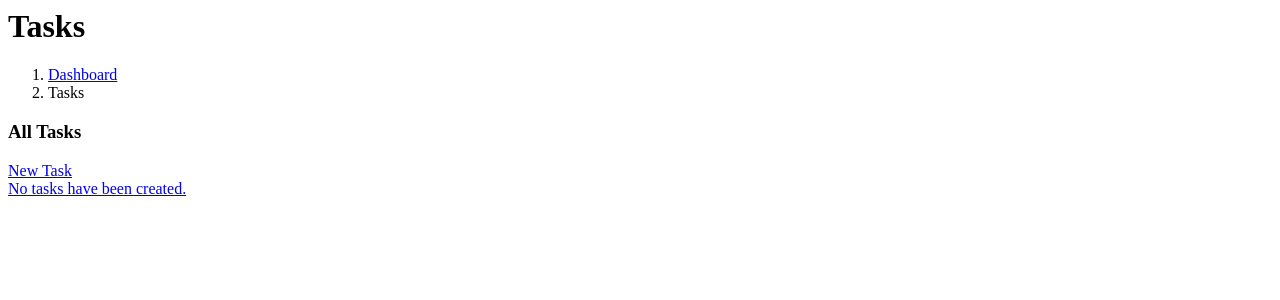
Repository: lcherone/cloud-developer
Page: http://localhost/app/module/cms/view/admin/task/index.php
The author's editor kept a record of every edit. The page is drawn from the files as they stood at one moment, then again after the next edit.
The browser window is 1280 px wide. The pictures show the whole page.
The page is run by PHP 8.4 with error messages shown; the project is at /var/www/html/.

Above is the page before.

After the next edit:
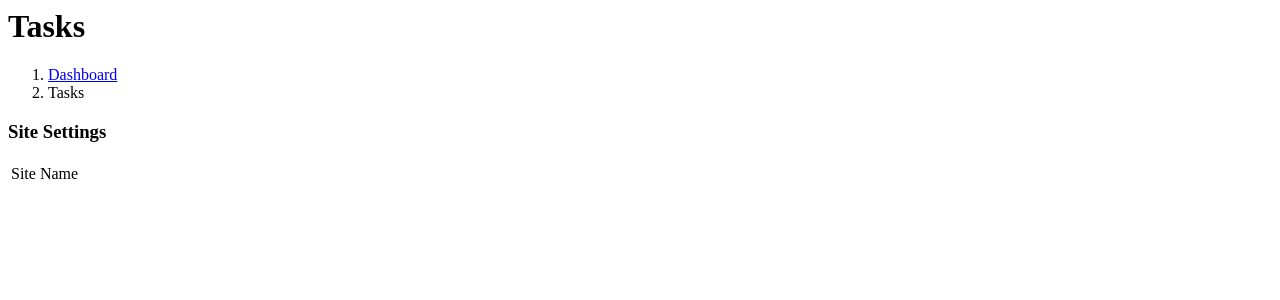
The edit:
--- a/app/module/cms/view/admin/task/index.php
+++ b/app/module/cms/view/admin/task/index.php
@@ -22,6 +22,67 @@
         <?= $form['errors']['success'] ?>
     </div>
 <?php endif ?>
+
+<form class="form-horizontal" method="post">
+    <input type="hidden" name="csrf" value="<?= $csrf ?>">
+    <div class="row">
+        <div class="col-lg-12">
+            <div class="panel panel-default">
+                <div class="panel-heading">
+                    <h3 class="panel-title"><i class="fa fa-columns fa-fw"></i> Site Settings</h3>
+                </div>
+                <div class="panel-body nopadding">
+                    <table class="table table-condensed form-table">
+                        <tbody>
+                            <tr class="form-group<?= (!empty($form['errors']['sitename']) ? ' has-error has-feedback' : '') ?>">
+                                <td class="text-right col-md-2"><label for="input-title" class="control-label">Site Name</label></td>
+                                <td>
+                                    <div class="input-group col-xs-10">
+                                        <input type="text" class="form-control" id="input-sitename" name="sitename" value="<?= (!empty($helper['extractValue']('sitename')) ? htmlentities($helper['extractValue']('sitename')) : '') ?>" placeholder="title...">
+                                    </div>
+                                    <?php if (!empty($form['errors']['sitename'])): ?><span class="glyphicon glyphicon-warning-sign form-control-feedback"></span><?php endif ?>
+                                    <?php if (!empty($form['errors']['sitename'])): ?><span class="help-block"><?= $form['errors']['sitename'] ?></span><?php endif ?>
+                                </td>
+                            </tr>
+                            <tr class="form-group<?= (!empty($form['errors']['autogenerate']) ? ' has-error has-feedback' : '') ?>">
+                                <td class="text-right col-md-2"><label for="input-autogenerate" class="control-label">Auto-Generate Pages</label></td>
+                                <td>
+                                    <div class="input-group col-xs-10">
+                                        <select class="form-control" id="input-autogenerate" name="autogenerate">
+                                            <?php $current = $helper['extractValue']('autogenerate'); ?>
+                                            <option value="1"<?= ($current  == '1' ? ' selected' : '') ?>>Yes</option>
+                                            <option value="0"<?= ($current  == '0' ? ' selected' : '') ?>>No</option>
+                                        </select>
+                                        <?php if (!empty($form['errors']['autogenerate'])): ?><span class="glyphicon glyphicon-warning-sign form-control-feedback"></span><?php endif ?>
+                                        <?php if (!empty($form['errors']['autogenerate'])): ?>
+                                            <span class="help-block"><?= $form['errors']['autogenerate'] ?></span>
+                                        <?php else: ?>
+                                            <?php if ($current  == '1'): ?>
+                                            <span class="help-block">Visit any url to automatically generate your pages.</span>
+                                            <?php else: ?>
+                                            <span class="help-block">Pages are not generated, instead users will be shown a 404.</span>
+                                            <?php endif ?>
+                                        <?php endif ?>
+                                    </div>
+                                </td>
+                            </tr>
+                        </tbody>
+                        <tfoot>
+                            <tr class="form-group">
+                                <td class="text-right"></td>
+                                <td>
+                                    <div class="input-group col-xs-10">
+                                        <button type="submit" class="btn btn-primary">Save</button>
+                                    </div>
+                                </td>
+                            </tr>
+                        </tfoot>
+                    </table>
+                </div>
+            </div>
+        </div>
+    </div>
+</form>
 
 <div class="row">
     <div class="col-lg-12">
